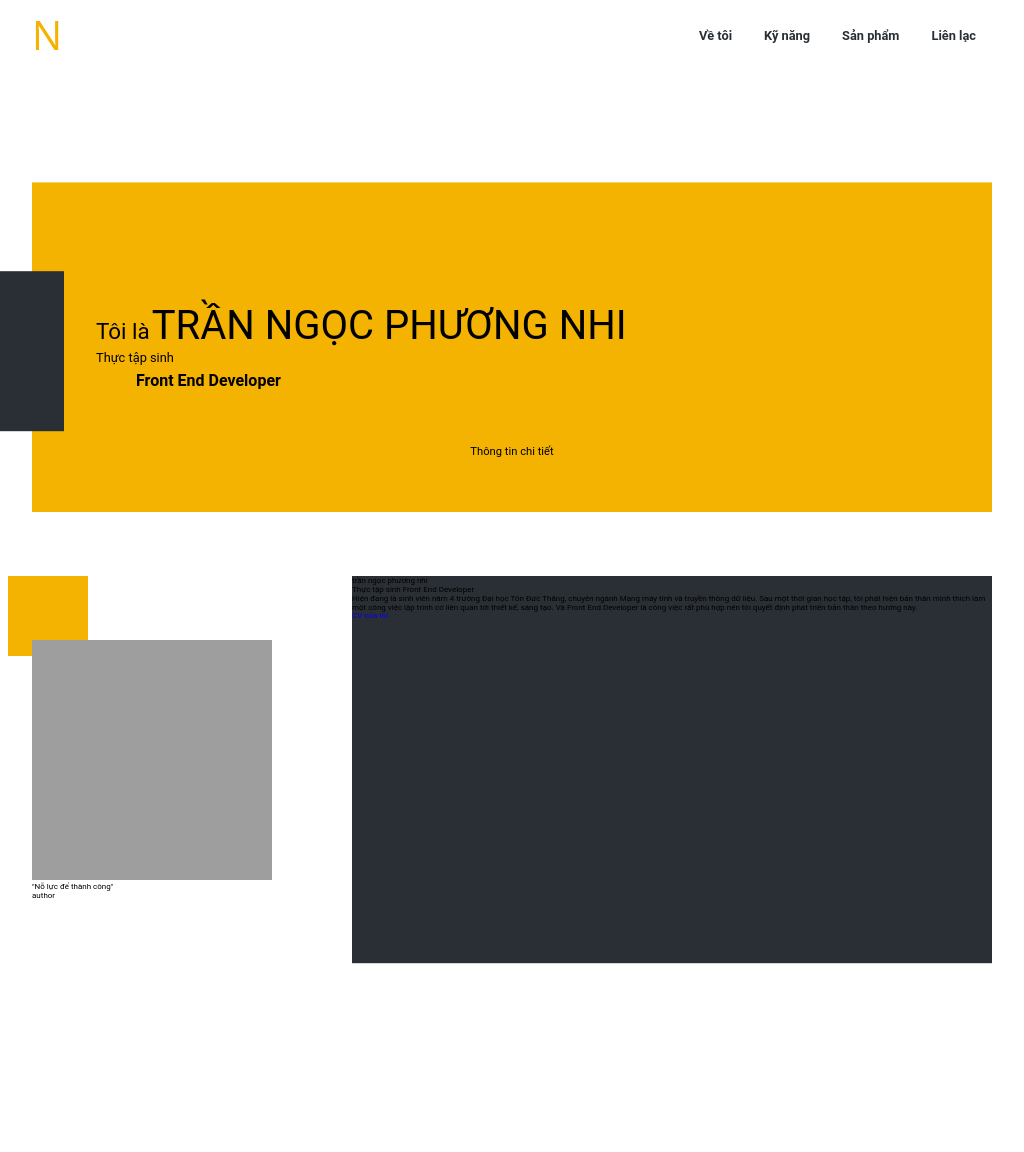
Repository: TranNgocPhuongNhi/my-portfolio
Page: index.html
An editor plug-in stored every save of this project. The page is shown before and after the next save, followed by the edit.
The browser window is 1280 px wide. The pictures show the whole page, at 80% of full size.
Pictures or frames that could not be fetched are drawn as grey boxes. Some icons come from a web library that is not loaded, so they are not drawn. Some web libraries are served in a nearby version.

Above is the page before, as saved 2021-07-04 16:02:22.

### index.html
<!DOCTYPE html>
<html lang="en">
<head>
    <meta charset="UTF-8">
    <meta http-equiv="X-UA-Compatible" content="IE=edge">
    <meta name="viewport" content="width=device-width, initial-scale=1.0">
    <title>My Portfolio</title>
    <link rel="stylesheet" href="https://pro.fontawesome.com/releases/v5.10.0/css/all.css" integrity="sha384-AYmEC3Yw5cVb3ZcuHtOA93w35dYTsvhLPVnYs9eStHfGJvOvKxVfELGroGkvsg+p" crossorigin="anonymous"/>
    <link rel="stylesheet" href="resources/css/main.css">
    <link rel="stylesheet" href="resources/css/responsive.css">
    <link rel="shortcut icon" href="favicon.ico">
</head>
<body>
    <header id="header">
        <nav class="header__nav">
            <div class="container">
                <div class="header__nav-content">
                    <!-- <img src="" alt="logo"> -->
                    <a href="#index.html" class="header__nav-logo">N</a>
                    <ul class="header__nav-list">
                        <li class="nav-item"><a href="#about">Về tôi</a></li>
                        <li class="nav-item"><a href="#skills">Kỹ năng</a></li>
                        <li class="nav-item"><a href="#products">Sản phẩm</a></li>
                        <li class="nav-item"><a href="#contact">Liên lạc</a></li>
                    </ul>
                </div>
            </div>
        </nav>
        <div class="container">
            <div class="header__info">
                <div class="header__info-content">
                    <div class="header__info-name">
                        <span>Tôi là</span>
                        <span class="header__info-fullname">trần ngọc phương nhi</span>
                    </div>
                    <div class="header__info-specialize">
                        <p>Thực tập sinh</p>
                        <p>Front End Developer</p>
                    </div>
                </div>
                <div class="header__info-more">
                    <p>Thông tin chi tiết</p>
                    <div class="header__info-down">
                        <a href="#about">
                            <i class="fal fa-chevron-double-down"></i>
                        </a>
                    </div>
                </div>
            </div>
        </div>

    </header>

    <!-- About me -->
    <section id="about">
        <div class="container">
            <div class="row">
                <div class="col-1-3 about__avatar">
                    <img src="https://media-cdn.laodong.vn/Storage/NewsPortal/2021/2/13/880159/Vuong-Bat-Bac-9.png" alt="my avatar" />
                    <div class="about__quote">
                        <p>"Nỗ lực để thành công"</p>
                        <p>author</p>
                    </div>
                </div>
                <div class="col-3-1 about__content">
                    <div class="about__info">
                        <p>trần ngọc phương nhi</p>
                        <p>Thực tập sinh Front End Developer</p>
                    </div>
                    <p class="about__text">
                        Hiện đang là sinh viên năm 4 trường Đại học  Tôn Đức Thắng,
                        chuyên ngành Mạng máy tính và truyền thông dữ liệu. Sau một
                        thời gian học tập, tôi phát hiện bản thân mình thích làm một
                        công việc lập trình có liên quan tới thiết kế, sáng tạo. Và Front
                        End Developer là công việc rất phù hợp nên tôi quyết định phát
                        triển bản thân theo hướng này.
                    </p>
                    <a href="#" class="about__CV">CV của tôi</a>
                </div>
            </div>
        </div>
    </section>

</body>
</html>

### resources/css/main.css
:root {
    --primary1: #F4B301;
    --primary2: #2A2F35;
    --secondary: #F7F7F7;
    --white: #fff;
    --footer: #3B4046;
}

html {
    font-size: 62.5%;
    font-family: "Roboto", "Helvetica Neue", sans-serif;
    scroll-behavior: smooth;
}

* {
    padding: 0;
    margin: 0;
    box-sizing: border-box;
}

ul, li {
    list-style: none;
}

a {
    text-decoration: none;
}

.container {
    width: 120rem;
    max-width: 100%;
    margin: 0 auto;
}

.row {
    display: flex;
    position: relative;
}

.col-1-3 {
    width: calc(100% / 3);
}

.col-3-1 {
    width: calc(100% * 2 / 3);
}

/* ========================================= HEADER ============================= */
#header {
    height: 100vh;
    position: relative;
}

/* Scroll nav */
.nav-scroll {
    background-color: var(--white);
    box-shadow: 0 0.3rem 1.5rem rgba(0, 0, 0, 0.2);
}

.header__nav {
    padding: 1rem 0;
}

.header__nav-content {
    display: flex;
    justify-content: space-between;
    align-items: center;
}

.header__nav-logo {
    font-size: 5rem;
    font-family: 'Open Sans';
    color: var(--primary1);
}

.header__nav-list {
    display: flex;
}

.nav-item {
    padding: 0 2rem;
}

.nav-item a{
    font-size: 1.6rem;
    font-weight: 600;
    color: var(--primary2);
}

.nav-item a:hover {
    border-bottom: 0.3rem solid var(--primary1);
    animation: toRight 0.4s ease;
}

.header__info {
    background-color: var(--primary1);
    padding: 15rem 8rem;
    position: relative;
    top: 14rem;
}

.header__info::before {
    content: '';
    display: block;
    width: 8rem;
    height: 20rem;
    background-color: var(--primary2);
    position: absolute;
    top: 27%;
    left: -4rem;
}

.header__info-name span:first-child{
    font-size: 2.8rem;
}

.header__info-fullname {
    font-size: 5rem;
    text-transform: uppercase;
}

.header__info-specialize {
    line-height: 1.5;
}

.header__info-specialize p:first-child {
    font-size: 1.6rem;
}

.header__info-specialize p:last-child {
    font-size: 2rem;
    font-weight: bold;
    margin-left: 5rem;
}

.header__info-more {
    text-align: center;
    font-size: 1.4rem;
    line-height: 2;
    position: absolute;
    top: 85%;
    left: 50%;
    transform: translate(-50%, -50%);
}

.header__info-down:hover {
    width: 5rem;
    height: 5rem;
    line-height: 3.5;
    border-radius: 50%;
    border: 2px solid var(--white);
    margin: 0 auto;
    cursor: pointer;
}

.fa-chevron-double-down {
    color: var(--white);
}

/* =========================================== ABOUT ME ====================================== */
#about {
    height: 100vh;
}

.about__avatar {
    margin: 8rem 0;
}

.about__avatar img {
    width: 30rem;
    height: 30rem;
}

.about__avatar::before {
    content: '';
    display: block;
    width: 10rem;
    height: 10rem;
    background-color: var(--primary1);
    position: absolute;
    top: 0;
    left: -3rem;
    z-index: -1;
}

.about__content {
    background-color: var(--primary2);
}

/* =========================================== MY SKILLS ====================================== */



/* =========================================== MY PRODUCTS ====================================== */



/* =========================================== CONTACT ME ====================================== */



/* =========================================== ANIMATION ====================================== */
@keyframes toRight {
    0% {
        /* opacity: 0; */
        transform: translateX(-100%);
    }
    100% {
        /* opacity: 1; */
        transform: translateX(0%);
    }
}

### resources/css/responsive.css

/* Large devices (desktops, less than 1200px) */
@media (max-width: 1199.98px) {

}

/* Medium devices (tablets, less than 992px) */
@media (max-width: 991.98px) {

}

/* Small devices (landscape phones, less than 768px) */
@media (max-width: 767.98px) {

}

/* Extra small devices (portrait phones, less than 576px) */
@media (max-width: 575.98px) {

}

After the next save:
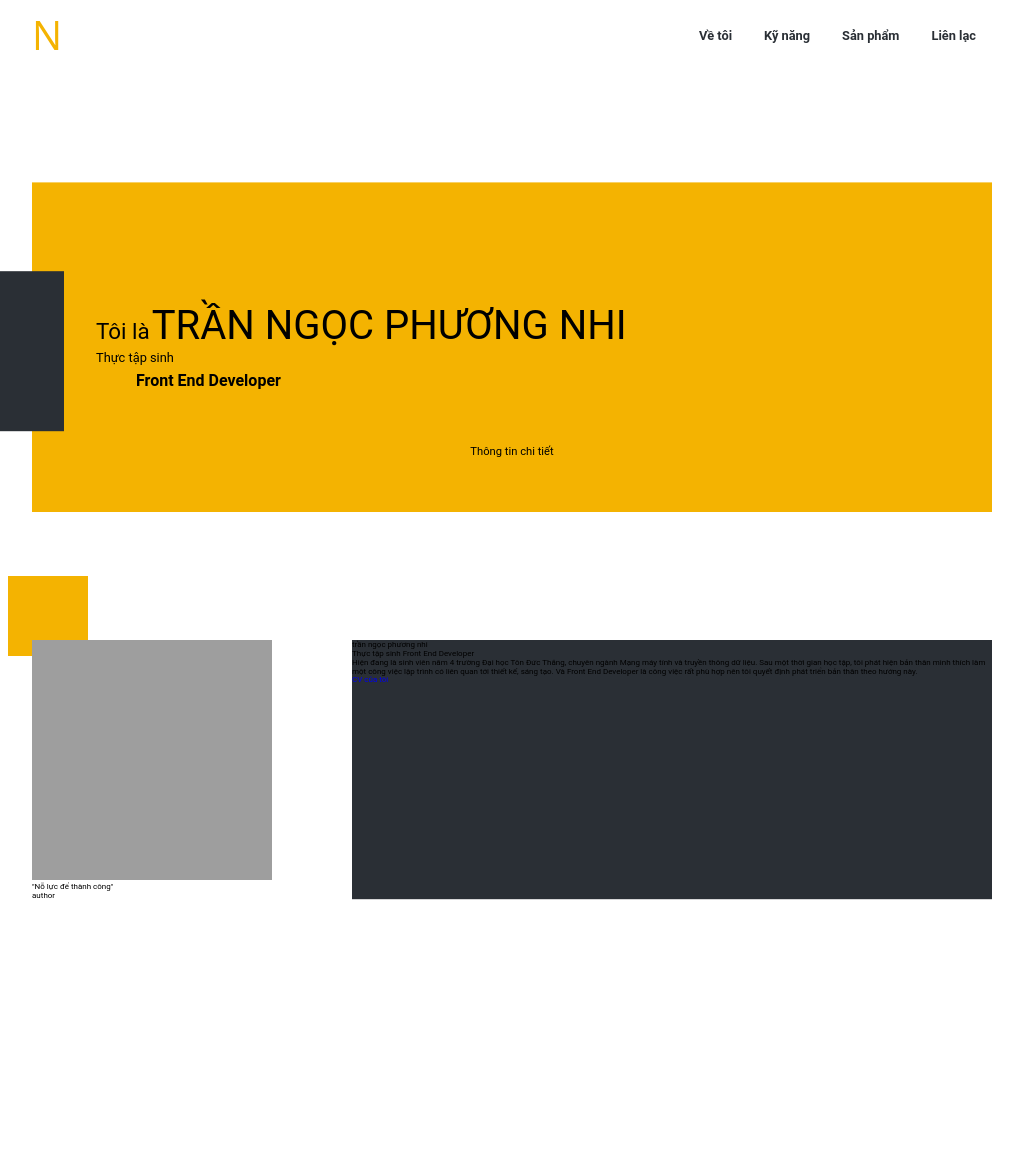
Saved 11 s later.
--- a/resources/css/main.css
+++ b/resources/css/main.css
@@ -162,7 +162,8 @@ a {
     height: 100vh;
 }
 
-.about__avatar {
+.about__avatar,
+.about__content {
     margin: 8rem 0;
 }
 
